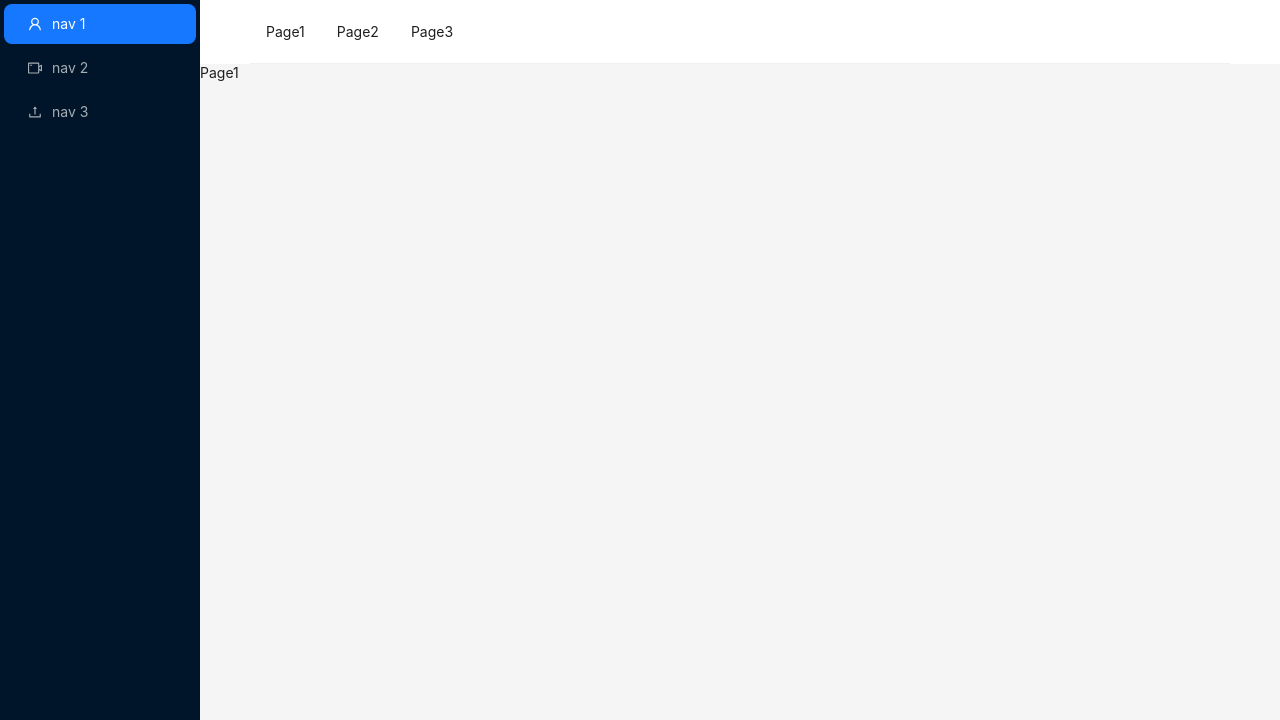
Repository: BESTETURKMEN/e-commerce
Page: /
These files come from the project's save history. The page is drawn as it stood at one moment and after a run of saves; the edit follows.
The browser window is 1280 px wide. The pictures show the whole page.
The project was rebuilt for these pictures with package versions that can differ from the ones it lists, and the page was loaded fresh each time. Also part of the build but not shown: webpack.config.js, src/pages/page2.jsx, src/pages/page3.jsx.

Above is the page before, as saved 2023-08-21 10:18:46.

### public/index.html
<!DOCTYPE html>
<html lang="en">
  <head>
    <meta charset="utf-8" />

    <meta name="viewport" content="width=device-width, initial-scale=1" />
    <meta name="theme-color" content="#000000" />
    <meta
      name="description"
      content="Web site created using create-react-app"
    />
    <link rel="apple-touch-icn" href="" />

    <title>React App</title>
  </head>
  <body>
    <noscript>You need to enable JavaScript to run this app.</noscript>
    <div id="root"></div>
  </body>
</html>

### src/index.js
import React from "react";
import ReactDOM from "react-dom/client";

import { HashRouter } from "react-router-dom";

import reportWebVitals from "./reportWebVitals";
import RouteWrapper from "./config/routeWrapper";

const root = ReactDOM.createRoot(document.getElementById("root"));
root.render(
  <React.StrictMode>
    <HashRouter>
      <RouteWrapper />
    </HashRouter>
  </React.StrictMode>
);

// If you want to start measuring performance in your app, pass a function
// to log results (for example: reportWebVitals(console.log))
// or send to an analytics endpoint. Learn more: https://bit.ly/CRA-vitals
reportWebVitals();

### src/config/routeWrapper.jsx
import React from "react";
import { Route, Routes } from "react-router";

import Index from "../layout";
import Page1 from "../pages/page1";
import Page2 from "../pages/page2";
import Page3 from "../pages/page3";

export default function RouteWrapper() {
  return (
    <div>
      <Routes>
        <Route element={<Index />}>
          <Route path="/" element={<Page1 />} />
          <Route path="/Page2" element={<Page2 />} />
          <Route path="/Page3" element={<Page3 />} />
        </Route>
      </Routes>
    </div>
  );
}

### src/layout/index.jsx
import React from "react";
import { Outlet } from "react-router";
import { Layout } from "antd";

import Header from "./header";

import "./layout.scss";
import Sider from "./sider";

export default function Index() {
  return (
    <div className="layout">
      <Layout>
        <Layout.Sider>
          <Sider />
        </Layout.Sider>
        <Layout>
          <Layout.Header>
            <Header />
          </Layout.Header>
          <Layout.Content className="content">
            <Outlet />
          </Layout.Content>
        </Layout>
      </Layout>
    </div>
  );
}

### src/pages/page1.jsx
import React from "react";

export default function Page1() {
  return <div>Page1</div>;
}

### src/layout/header.jsx
import { Menu } from "antd";
import React from "react";
import { Link } from "react-router-dom";
import "./layout.scss";

export default function Header() {
  const menu = [
    {
      key: "1",
      label: "Page1",
      path: "/",
    },
    {
      key: "2",
      label: "Page2",
      path: "/Page2",
    },
    {
      key: "3",
      label: "Page3",
      path: "/Page3",
    },
  ];
  return (
    <div className="header">
      <div className="menuLine">
        <Menu mode="horizontal">
          {menu.map((item) => (
            <Menu.Item key={item.key}>
              <Link to={item.path}>{item.label}</Link>
            </Menu.Item>
          ))}
        </Menu>
      </div>
    </div>
  );
}

### src/layout/layout.scss
* {
  margin: 0;
  padding: 0;
  box-sizing: border-box;
}

.layout {
  .ant-layout {
    height: 100vh;

    .ant-layout-header {
      background-color: rgb(255, 255, 255) !important;
    }
  }
}

### src/layout/sider.jsx
import { Menu } from "antd";
import React from "react";
import {
  UploadOutlined,
  UserOutlined,
  VideoCameraOutlined,
} from "@ant-design/icons";

export default function Sider() {
  return (
    <div>
      <div className="demo-logo-vertical" />
      <Menu
        theme="dark"
        mode="inline"
        defaultSelectedKeys={["1"]}
        items={[
          {
            key: "1",
            icon: <UserOutlined />,
            label: "nav 1",
          },
          {
            key: "2",
            icon: <VideoCameraOutlined />,
            label: "nav 2",
          },
          {
            key: "3",
            icon: <UploadOutlined />,
            label: "nav 3",
          },
        ]}
      />
    </div>
  );
}

Loaded but not shown: src/reportWebVitals.js (common file)

After the next 5 saves:
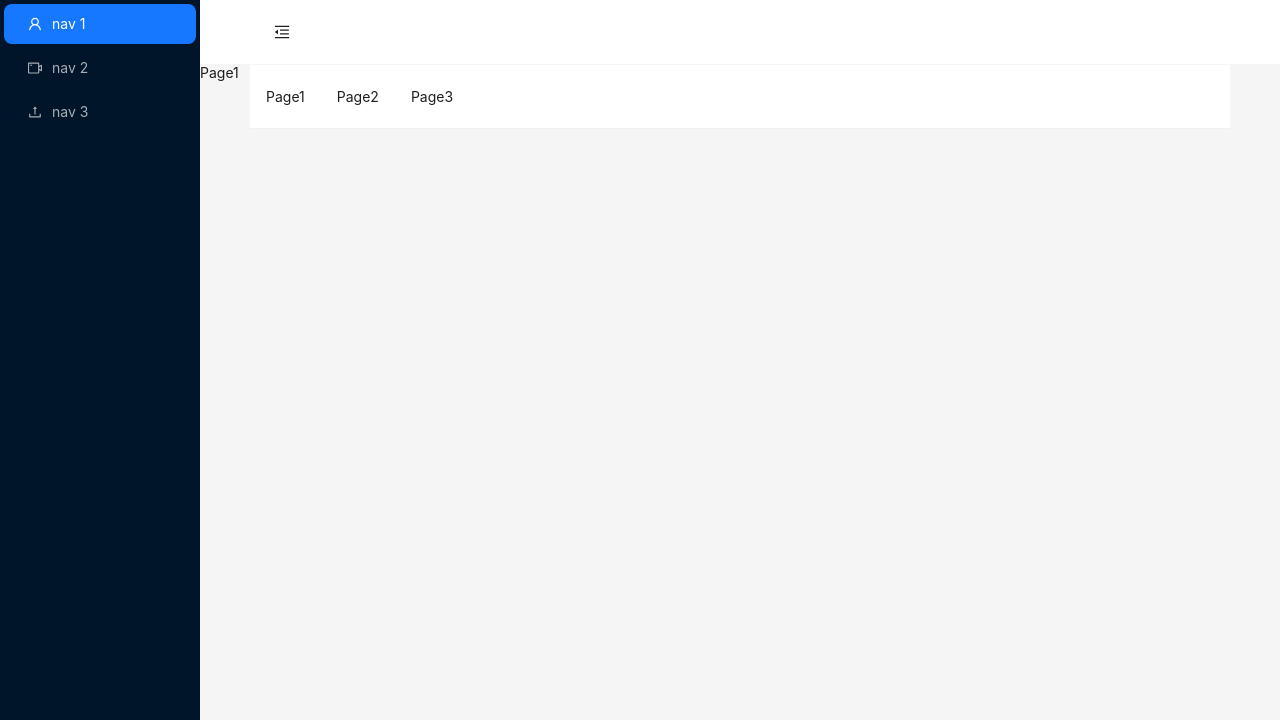
The 5 saves are shown as one change because 4 did not build or start.
The last was saved 61 s later.
--- a/src/layout/header.jsx
+++ b/src/layout/header.jsx
@@ -1,9 +1,11 @@
-import { Menu } from "antd";
-import React from "react";
+import { Button, Menu } from "antd";
+import React, { useState } from "react";
 import { Link } from "react-router-dom";
 import "./layout.scss";
+import { MenuFoldOutlined, MenuUnfoldOutlined } from "@ant-design/icons";
 
 export default function Header() {
+  const [collapsed, setCollapsed] = useState(false);
   const menu = [
     {
       key: "1",
@@ -24,6 +26,16 @@
   return (
     <div className="header">
       <div className="menuLine">
+        <Button
+          type="text"
+          icon={collapsed ? <MenuUnfoldOutlined /> : <MenuFoldOutlined />}
+          onClick={() => setCollapsed(!collapsed)}
+          style={{
+            fontSize: "16px",
+            width: 64,
+            height: 64,
+          }}
+        />
         <Menu mode="horizontal">
           {menu.map((item) => (
             <Menu.Item key={item.key}>

After the 3 saves that followed:
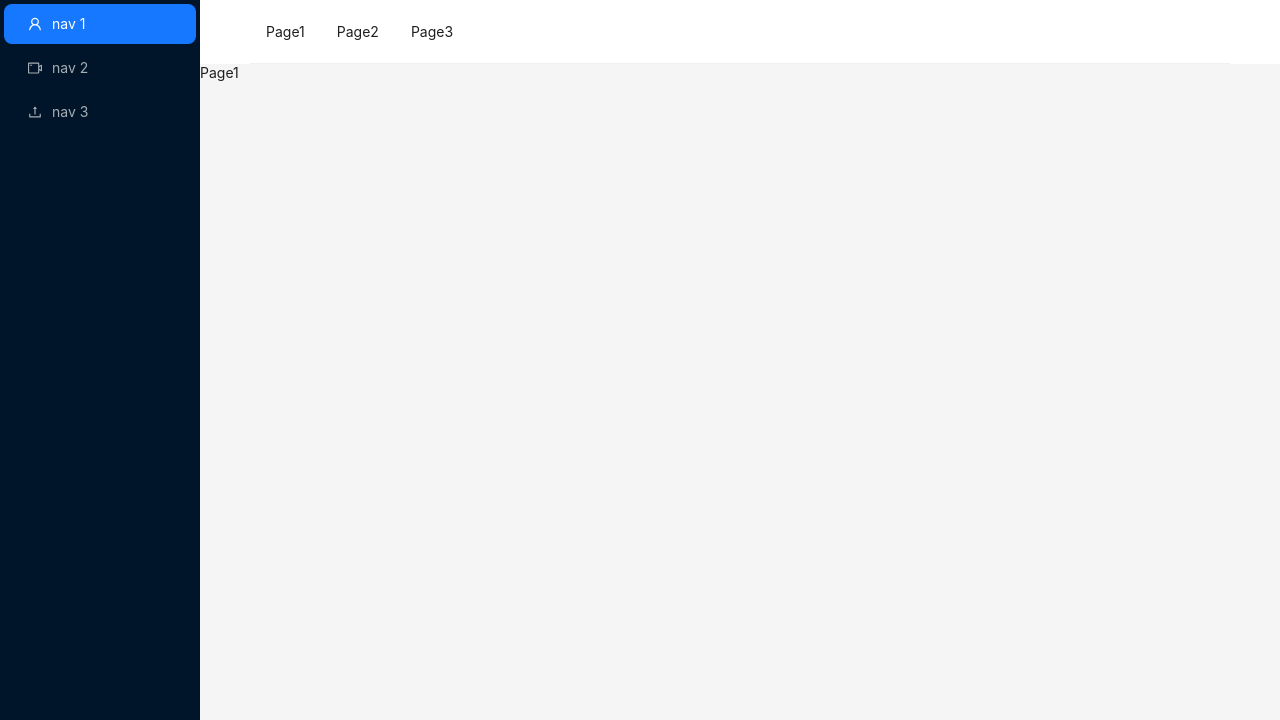
The 3 saves are shown as one change because 2 left the picture as it was.
The last was saved 62 s later.
--- a/src/layout/header.jsx
+++ b/src/layout/header.jsx
@@ -2,10 +2,7 @@
 import React, { useState } from "react";
 import { Link } from "react-router-dom";
 import "./layout.scss";
-import { MenuFoldOutlined, MenuUnfoldOutlined } from "@ant-design/icons";
-
 export default function Header() {
-  const [collapsed, setCollapsed] = useState(false);
   const menu = [
     {
       key: "1",
@@ -26,16 +23,6 @@
   return (
     <div className="header">
       <div className="menuLine">
-        <Button
-          type="text"
-          icon={collapsed ? <MenuUnfoldOutlined /> : <MenuFoldOutlined />}
-          onClick={() => setCollapsed(!collapsed)}
-          style={{
-            fontSize: "16px",
-            width: 64,
-            height: 64,
-          }}
-        />
         <Menu mode="horizontal">
           {menu.map((item) => (
             <Menu.Item key={item.key}>
